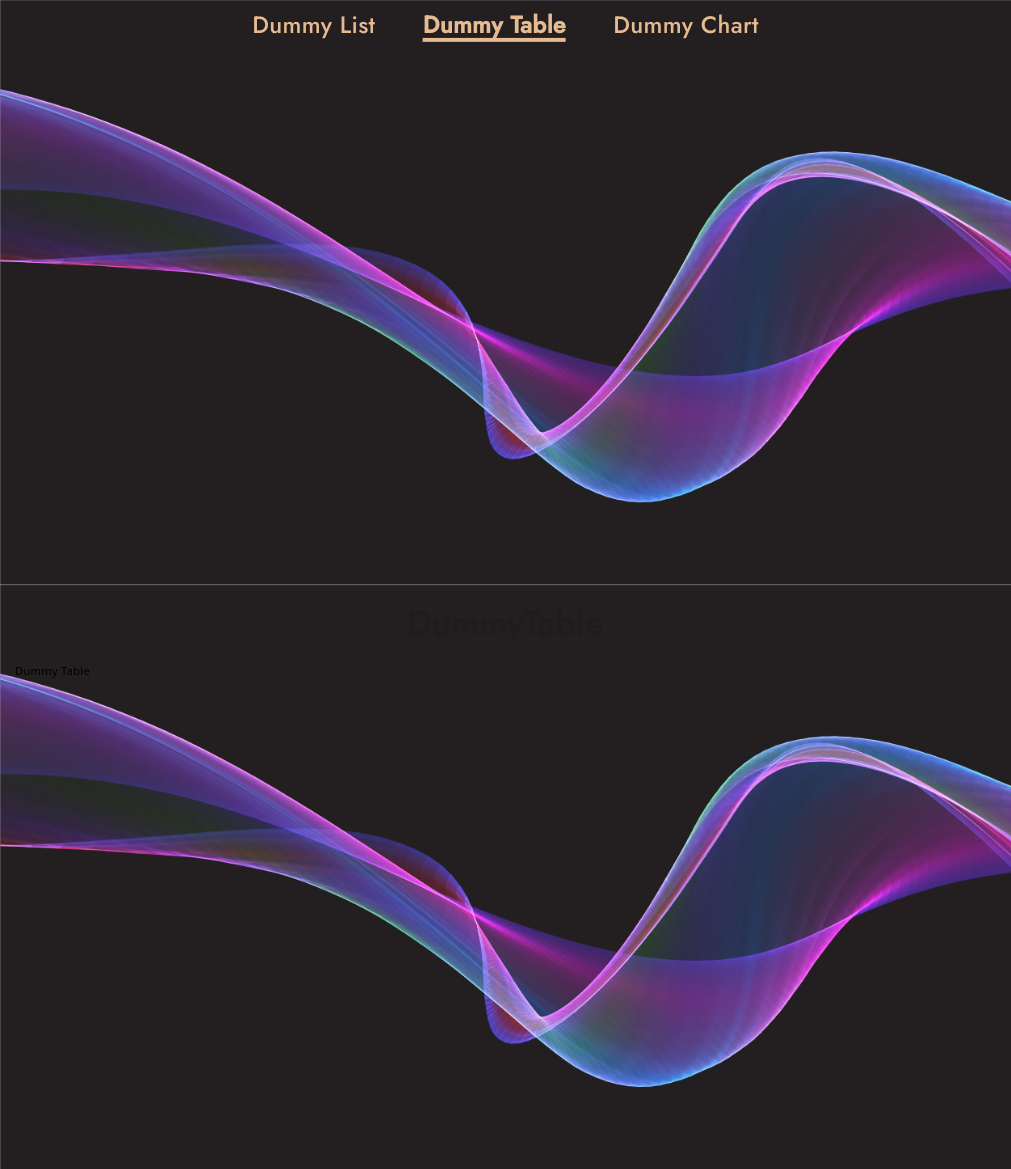
Repository: Vadim-27/backendless
Page: /tabs/dummyTable
These files come from the project's save history. The page is drawn as it stood at one moment and after the next save; the edit follows.
The browser window is 1280 px wide. The pictures show the whole page, at 79% of full size.
Backgrounds fixed to the window are drawn as part of the page. The project was rebuilt for these pictures with package versions that can differ from the ones it lists, and the page was loaded fresh each time.

Above is the page before, as saved 2023-10-28 16:28:43.

### src/index.js
import React from 'react';
import ReactDOM from 'react-dom/client';
import { BrowserRouter } from 'react-router-dom';
import { App } from 'App';
import './index.scss';

ReactDOM.createRoot(document.getElementById('root')).render(
  <React.StrictMode>
    <BrowserRouter basename='/'>
    <App />
    </BrowserRouter>
  </React.StrictMode>
)

### src/App.jsx
import { Routes, Route } from "react-router-dom";
import { lazy } from "react";

import { Suspense } from "react";

const Navbar = lazy(() => import('modules/Navbar/Navbar'));
const DummyListPage = lazy(() => import('Pages/DummyListPage/DummyListPage'));
const DummyChartPage = lazy(() => import('Pages/DummyChartPage/DummyChartPage'));
const DummyTablePage = lazy(() => import('Pages/DummyTablePage/DummyTablePage'));
const NotFoundPage = lazy(() => import('Pages/NotFoundPage/NotFoundPage'));


export const App = () => {
  return (
    <>
      <Suspense>
        <Navbar />
        <Routes>
          <Route path="tabs/dummyList" element={<DummyListPage />} />
          <Route path="tabs/dummyChart" element={<DummyChartPage />} />
          <Route path="tabs/dummyTable" element={<DummyTablePage />} />
          <Route path="*" element={<NotFoundPage />} />
        </Routes>
      </Suspense>
    </>
  );
};

### src/index.scss
@import './utils/base.scss';
@import './utils/normalize.scss';
@import './utils/variables.scss';
@import './utils/fonts.scss';

### src/modules/Navbar/Navbar.jsx
import { NavLink, Outlet } from "react-router-dom";
import tabs from "./tabs";

import css from './navbar.module.scss'

const Navbar = () => {
   const sortedTabs = [...tabs].sort((a, b) => a.order - b.order);

  const navbarList = sortedTabs.map(({ id, title, path }) => (
    <li key={id}>
      <NavLink className={css.link} to={path}>
        {title}
      </NavLink>
    </li>
  ));

  return (
    <div className='container'>
      <ul className={css.menu }>{navbarList}</ul>
      <Outlet />
    </div>
  );
}
export default Navbar;

### src/Pages/DummyTablePage/DummyTablePage.jsx
import DummyTable from "modules/DummyTable/DummyTable";

const DummyTablePage = () => {
  return <>
    <DummyTable/>
  </>
}
export default DummyTablePage;

### src/utils/base.scss
body {
  font-size: 14px;
  letter-spacing: 0.03em;
  margin: 0;
}

button {
  cursor: pointer;
}

a {
  text-decoration: none;
  outline: none;
}

h1,
h2,
h4,
h5 {
  margin-top: 0;
  margin-bottom: 0;
}

p {
  margin-bottom: 0;
  margin-top: 0;
}

ul {
  padding: 0;
  margin-top: 0;
  margin: 0;
  margin-bottom: 0;
  list-style: none;
}

img {
  display: block;
  max-width: 100%;
  height: auto;
}
.container {
  box-sizing: content-box;

  margin-left: auto;
  margin-right: auto;
  padding-right: 16px;
  padding-bottom: 20px;
  padding-left: 16px;
  background-image: url(../../assets/img/landing_page_template_with_flowing_lines_design_2805.jpg);
  background-size: cover, cover;
  background-repeat: no-repeat;
  background-attachment: fixed;
  height: 100vh;
}

### src/utils/normalize.scss
::after,
::before {
  box-sizing: border-box;
}
html {
  -moz-tab-size: 4;
  tab-size: 4;
}
html {
  line-height: 1.15;
  -webkit-text-size-adjust: 100%;
}
body {
  margin: 0;
}
body {
  font-family: system-ui, -apple-system, "Segoe UI", Roboto, Helvetica, Arial,
    sans-serif, "Apple Color Emoji", "Segoe UI Emoji";
}
hr {
  height: 0;
  color: inherit;
}
abbr[title] {
  text-decoration: underline dotted;
}
b,
strong {
  font-weight: bolder;
}
code,
kbd,
pre,
samp {
  font-family: ui-monospace, SFMono-Regular, Consolas, "Liberation Mono", Menlo,
    monospace;
  font-size: 1em;
}
small {
  font-size: 80%;
}
sub,
sup {
  font-size: 75%;
  line-height: 0;
  position: relative;
  vertical-align: baseline;
}
sub {
  bottom: -0.25em;
}
sup {
  top: -0.5em;
}
table {
  text-indent: 0;
  border-color: inherit;
}
button,
input,
optgroup,
select,
textarea {
  font-family: inherit;
  font-size: 100%;
  line-height: 1.15;
  margin: 0;
}
button,
select {
  text-transform: none;
}
[type="button"],
[type="reset"],
[type="submit"],
button {
  -webkit-appearance: button;
}
::-moz-focus-inner {
  border-style: none;
  padding: 0;
}
:-moz-focusring {
  outline: 1px dotted ButtonText;
}
:-moz-ui-invalid {
  box-shadow: none;
}
legend {
  padding: 0;
}
progress {
  vertical-align: baseline;
}
::-webkit-inner-spin-button,
::-webkit-outer-spin-button {
  height: auto;
}
[type="search"] {
  -webkit-appearance: textfield;
  outline-offset: -2px;
}
::-webkit-search-decoration {
  -webkit-appearance: none;
}
::-webkit-file-upload-button {
  -webkit-appearance: button;
  font: inherit;
}
summary {
  display: list-item;
}

### src/utils/variables.scss
:root {
  --primary-primary: #1D1D1D;
  --primary-secondary: #8C8C8C;
}

### src/utils/fonts.scss
@font-face {
  font-family: "Jost-Regular";
  font-style: normal;
  font-weight: 400;
  font-display: swap;
  src: url("../fonts/Jost-Regular.ttf");
}

@font-face {
  font-family: "Jost-Medium";
  font-style: normal;
  font-weight: 500;
  font-display: swap;
  src: url("../fonts/Jost-Medium.ttf");
}

### src/modules/Navbar/tabs.js
const tabs = [
  {
    id: 'dummyTable',
    title: 'Dummy Table',
    order: 1,
    path: 'tabs/dummyTable',
  },
  {
    id: 'dummyChart',
    title: 'Dummy Chart',
    order: 2,
    path: 'tabs/dummyChart',
  },
  { id: 'dummyList', title: 'Dummy List', order: 0, path: 'tabs/dummyList' },
];

export default tabs;

### src/modules/Navbar/navbar.module.scss
.menu {
    list-style: none;
    display: flex;
    gap: 60px;
    justify-content: center;
}

.link {
    padding-bottom: 5px;
    text-decoration: none;
    color: #E6BB91;
    display: inline-block;
    padding: 10px 0px;
    font-family: Jost-Medium;
font-size: 30px;
font-style: normal;
font-weight: 500;
line-height: normal;
}

.link:global(.active) {
    font-weight: bold;

   position: relative;

}

.link:global(.active)::after {
    content: "";
    position: absolute;
    bottom: 10px;
    left: 0;
    width: 100%;
    border-bottom: 5px solid;
}

### src/modules/DummyTable/DummyTable.jsx
import css from './dummyTable.module.scss';
const DummyTable = () => {
  return (
    <div className="container">
      <h1 className={css.titleSection}>DummyTable</h1>
      <table>
        <tr>
          <td>Dummy</td>
          <td>Table</td>
        </tr>
      </table>
    </div>
  );
}
export default DummyTable;

### src/modules/DummyTable/dummyTable.module.scss
.titleSection{
  text-align: center;
   padding: 20px;
  color: var(--primary-primary);
font-family: Jost-Medium;
font-size: 44px;
font-style: normal;
font-weight: 500;
line-height: 58px;
}

Loaded but not shown: public/index.html (common file)

After the next save:
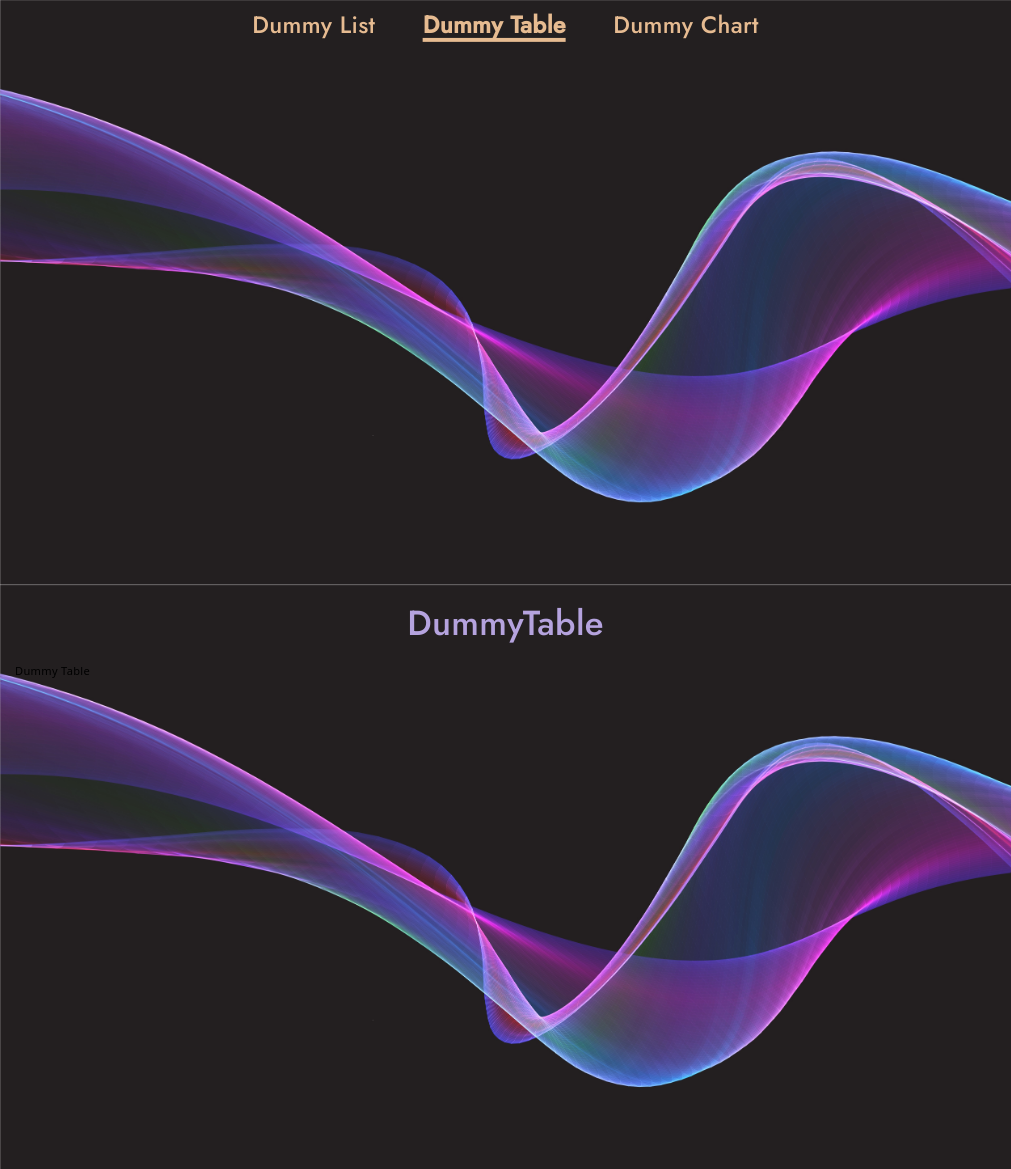
Saved 7 min 34 s later.
--- a/src/utils/variables.scss
+++ b/src/utils/variables.scss
@@ -1,4 +1,4 @@
 :root {
-  --primary-primary: #1D1D1D;
+  --primary-primary: #b5a3de;
   --primary-secondary: #8C8C8C;
 }
